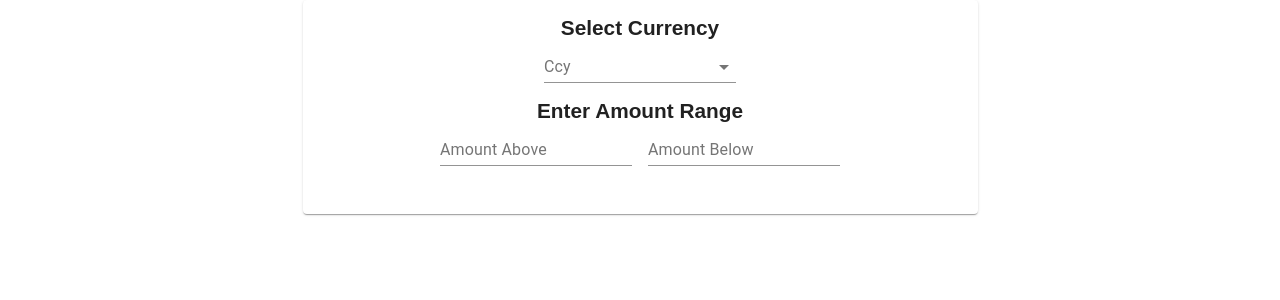
Repository: AmanullaChishty/filter
Page: /
The author's editor kept a copy of each file at every save. The page is drawn from the files as they stood at one save, then again after the next save.
The browser window is 1280 px wide. The pictures show the whole page.
The page's requests for data from a server got no answer. The project was rebuilt for these pictures with package versions that can differ from the ones it lists, and the page was loaded fresh each time. No one was signed in, and anything a server would have sent is missing. Imported but missing from the stored project, and not drawn on this page: src/reducers/simpleReducer.

Above is the page before, as saved 2020-01-25 22:29:27.

After the next save:
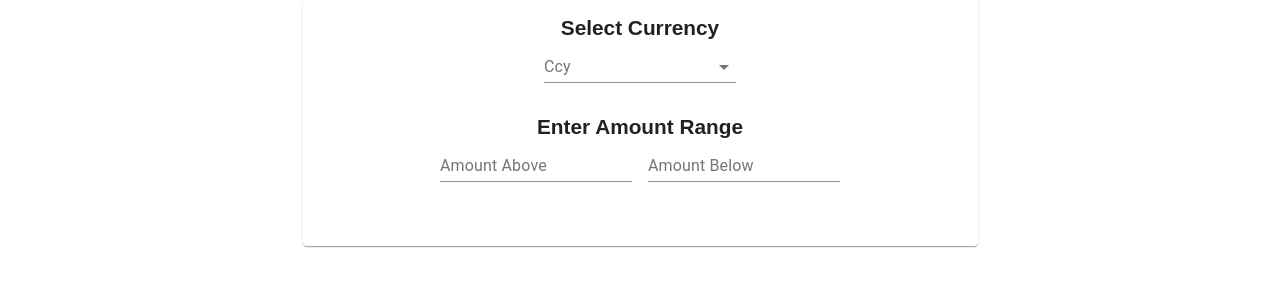
Saved 69 s later.
--- a/src/searchBar/components/searchBar.js
+++ b/src/searchBar/components/searchBar.js
@@ -48,7 +48,7 @@ class SearchBar extends Component {
     <h3>{value}</h3> */}
     <Card style={{maxWidth:675,width:'100%'}}>
       <CardContent>
-        <Grid style={{display:'flex',justifyContent:'center',alignItems:'center',flexDirection:'column',marginBottom:'1em'}}>
+        <Grid style={{display:'flex',justifyContent:'center',alignItems:'center',flexDirection:'column',marginBottom:'2em'}}>
       <span style={{fontSize:'1.3em',fontWeight:'bold',marginBottom:'-1em'}}>Select Currency</span>
     <FormControl style={{width:'12em',marginTop:'1em'}} >
 
@@ -70,7 +70,7 @@ class SearchBar extends Component {
       </FormControl>
       </Grid>
 
-      <Grid style={{display:'flex',justifyContent:'center',alignItems:'center',flexDirection:'column',marginBottom:'1em'}}>
+      <Grid style={{display:'flex',justifyContent:'center',alignItems:'center',flexDirection:'column',marginBottom:'2em'}}>
       <span style={{fontSize:'1.3em',fontWeight:'bold',marginBottom:'-1em'}}>Enter Amount Range</span>
       <Grid style={{display:'flex',justifyContent:'center',alignItems:'center',}}>
       <FormControl style={{width:'12em',marginTop:'1em'}} >
